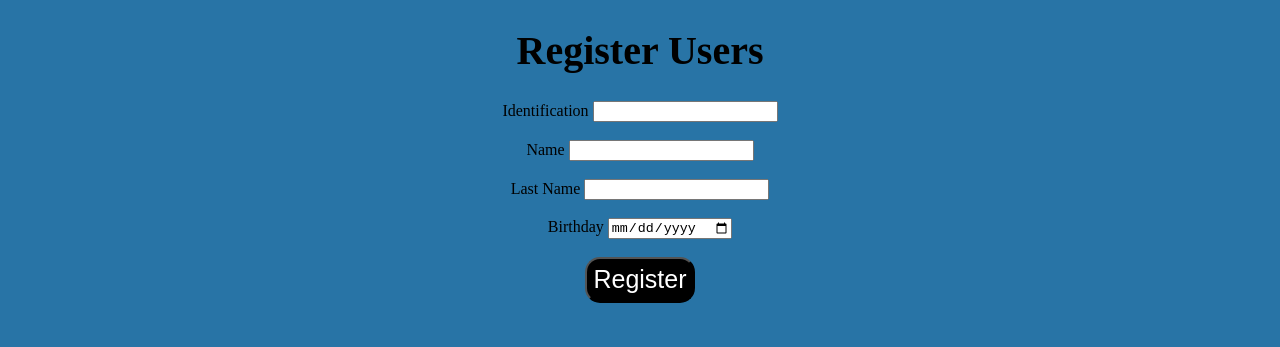
Repository: Grupo7cloud/app-cym-7
Page: http://localhost/register_page
The author's editor kept a record of every edit. The page is drawn from the files as they stood at one moment, then again after the next edit.
The browser window is 1280 px wide. The pictures show the whole page.
The page is served by the project's application, run on Flask 3 (server.py).

Above is the page before.

After the next edit:
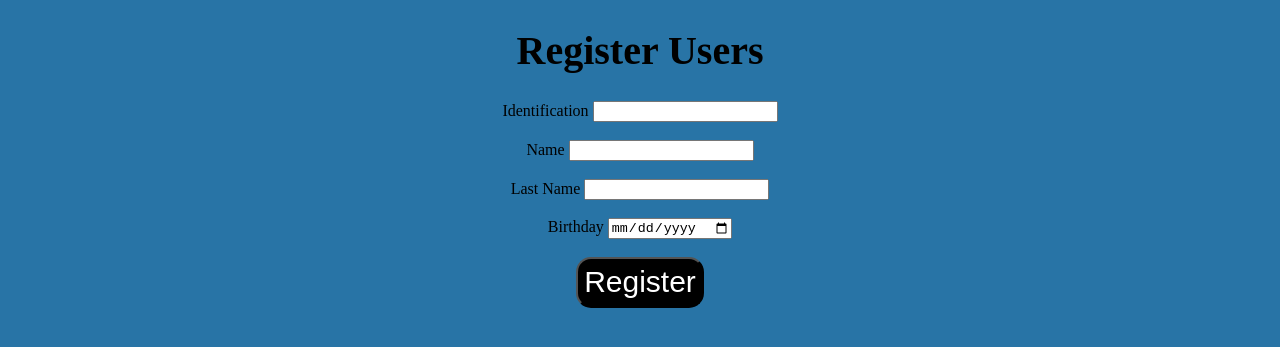
The edit:
--- a/static/css/styleRegister.css
+++ b/static/css/styleRegister.css
@@ -10,7 +10,7 @@
     background: #2874A6;
 }
 button {
-    font-size: 25px;
+    font-size: 30px;
     background-color: black;
     color: white;
     border-radius: 15px;
